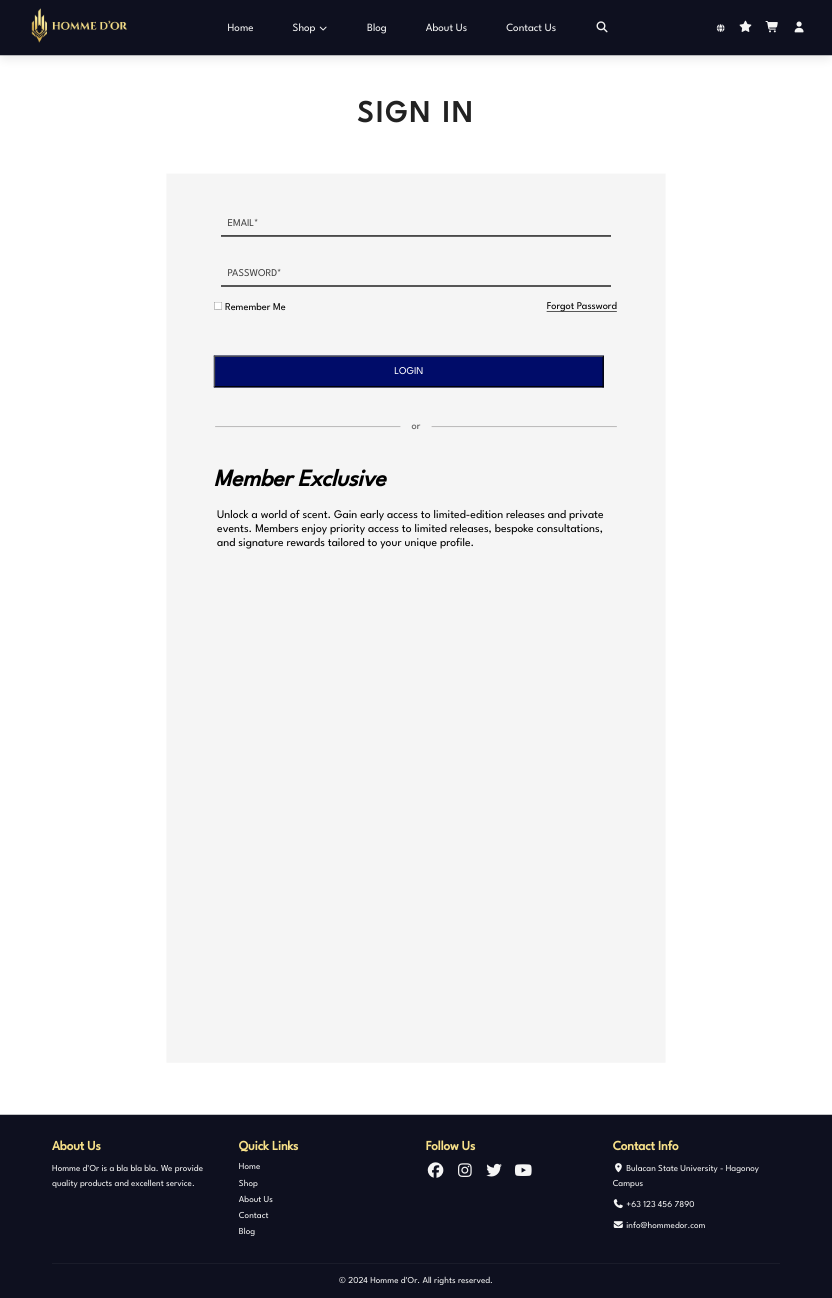
Repository: Izy-Blinken/Homme-d-Or
Page: http://localhost/Homme_dor/pages/login.php?country=ph
These files come from the project's save history. The page is drawn as it stood at one moment and after a run of saves; the edit follows.
The browser window is 1280 px wide. The pictures show the whole page, at 65% of full size.
The page is run by PHP 8.4 with error messages shown; the project is at /var/www/html/.

Above is the page before, as saved 2026-01-24 23:03:34.

### pages/login.php
<!DOCTYPE html>
<html>
    <head>
        <title>Sign Up</title>
        <link rel="stylesheet" href="../assets/icons/fontawesome/css/all.min.css">
        <link rel="stylesheet" href="../assets/css/style.css">
    </head>

    <body>

        <?php include '../components/header.php'; ?>

        <main>
            <div class="signupTitle">
                <h2><b>SIGN IN</b></h2>
            </div>

            <div class="signupContainerlog">

                <div class="inputGrouplog">
                    <input type="email" required>
                    <label>EMAIL*</label>
                </div>

                <div class="inputGrouplogPas">
                    <input type="password" required>
                    <label>PASSWORD*</label>
                </div>

                <div class="inputGroupCheckboxlog">
                    <input type="checkbox" required>
                    <label> Remember Me</label>

                </div>

                <div class="forgotP">
                    <a href="forgotP.php">Forgot Password</a>

                </div>


                <div class="logBtn">
                    <button>LOGIN</button>

                </div>

                <div class="orContainer">
                    <div class="line1"></div>
                    <div class="line2"></div>

                    <p>or</p>

                    <h2><i><b>Member Exclusive</b></i></h2>

                    <div class="logParagraph">
                        <p>Unlock a world of scent. Gain early access to
                        limited-edition releases and private events.
                        Members enjoy priority access to limited releases, bespoke consultations, and
                        signature rewards tailored to your unique profile.</p>
                    </div>

                    <div class="discover">

                    </div>

                </div>

            </div>
        </main>

        <?php include '../components/footer.php'; ?>

    </body>
</html>

### components/header.php
<?php
$currentPage = basename($_SERVER['PHP_SELF']);
?>

<section id="header">
    <a href="index.php">
        <img src="../assets/images/brand_images/prodLogo.png" class="logo" alt="Brand Logo">
    </a>

    <div class="nav-wrapper">
        <ul id="navbar">
            <li><a class="<?php echo ($currentPage == 'index.php') ? 'active' : ''; ?>" href="index.php">Home</a></li>
            <li class="dropdown">
                <a >
                    Shop <i class="fa-solid fa-chevron-down"></i>
                </a>
                <ul class="dropdown-menu">
                    <li><a href="shop.php?category=sale">Sale</a></li>
                    <li><a href="shop.php?category=new-arrival">New Arrival</a></li>
                    <li><a href="shop.php?category=top-picks">Top Picks</a></li>
                    <li><a href="shop.php?category=daily-wear">Daily Wear</a></li>
                    <li><a href="shop.php?category=premium">Premium</a></li>
                </ul>
            </li>
            <li><a class="<?php echo ($currentPage == 'blog.php') ? 'active' : ''; ?>" href="blog.php">Blog</a></li>
            <li><a class="<?php echo ($currentPage == 'AboutUs.php') ? 'active' : ''; ?>" href="AboutUs.php">About Us</a></li>
            <li><a class="<?php echo ($currentPage == 'ContactUs.php') ? 'active' : ''; ?>" href="ContactUs.php">Contact Us</a></li>
            <li><a href="search.php"><i class="fa-solid fa-search"></i></a></li>
        </ul>

        <ul id="navbar-right">
        <li class="dropdown country-dropdown">
            <a href="#">
                <i class="fa-solid fa-globe"></i>
            </a>
            <ul class="dropdown-menu country-menu">
                <li><a href="?country=ph"><span class="flag">🇵🇭</span> Philippines</a></li>
                <li><a href="?country=jp"><span class="flag">🇯🇵</span> Japan</a></li>
                <li><a href="?country=cn"><span class="flag">🇨🇳</span> China</a></li>
                <li><a href="?country=fr"><span class="flag">🇫🇷</span> France</a></li>
            </ul>
        </li>
        <li><a class="<?php echo ($currentPage == 'wishlist.php') ? 'active' : ''; ?>"href="wishlist.php"><i class="fa-solid fa-star"></i></a></li>
            <li><a class="<?php echo ($currentPage == 'cart.php') ? 'active' : ''; ?>" href="cart.php"><i class="fa-solid fa-shopping-cart"></i></a></li>
            <li><a class="<?php echo ($currentPage == 'profile.php') ? 'active' : ''; ?>" href="profile.php"><i class="fa-solid fa-user"></i></a></li>
        </ul>
    </div>
</section>

### components/footer.php
<footer id="footer">
    <div class="footer-content">
        <div class="footer-section">
            <h3>About Us</h3>
            <p>Homme d'Or is a bla bla bla. We provide quality products and excellent service.</p>
        </div>

        <div class="footer-section">
            <h3>Quick Links</h3>
            <ul>
                <li><a href="index.php">Home</a></li>
                <li><a href="shop.php">Shop</a></li>
                <li><a href="AboutUs.php">About Us</a></li>
                <li><a href="ContactUs.php">Contact</a></li>
                <li><a href="blog.php">Blog</a></li>
            </ul>
        </div>

        <div class="footer-section">
            <h3>Follow Us</h3>
            <div class="social-icons">
                <a href="#"><i class="fa-brands fa-facebook"></i></a>
                <a href="#"><i class="fa-brands fa-instagram"></i></a>
                <a href="#"><i class="fa-brands fa-twitter"></i></a>
                <a href="#"><i class="fa-brands fa-youtube"></i></a>
            </div>
        </div>

        <div class="footer-section">
            <h3>Contact Info</h3>
            <p><i class="fa-solid fa-location-dot"></i> Bulacan State University - Hagonoy Campus</p>
            <p><i class="fa-solid fa-phone"></i> +63 123 456 7890</p>
            <p><i class="fa-solid fa-envelope"></i> info@hommedor.com</p>
        </div>
    </div>

    <div class="footer-bottom">
        <p>&copy; 2024 Homme d'Or. All rights reserved.</p>
    </div>
</footer>

Loaded but not shown: assets/icons/fontawesome/css/all.min.css (library); assets/css/style.css (1872 lines, source omitted)

After the next 4 saves:
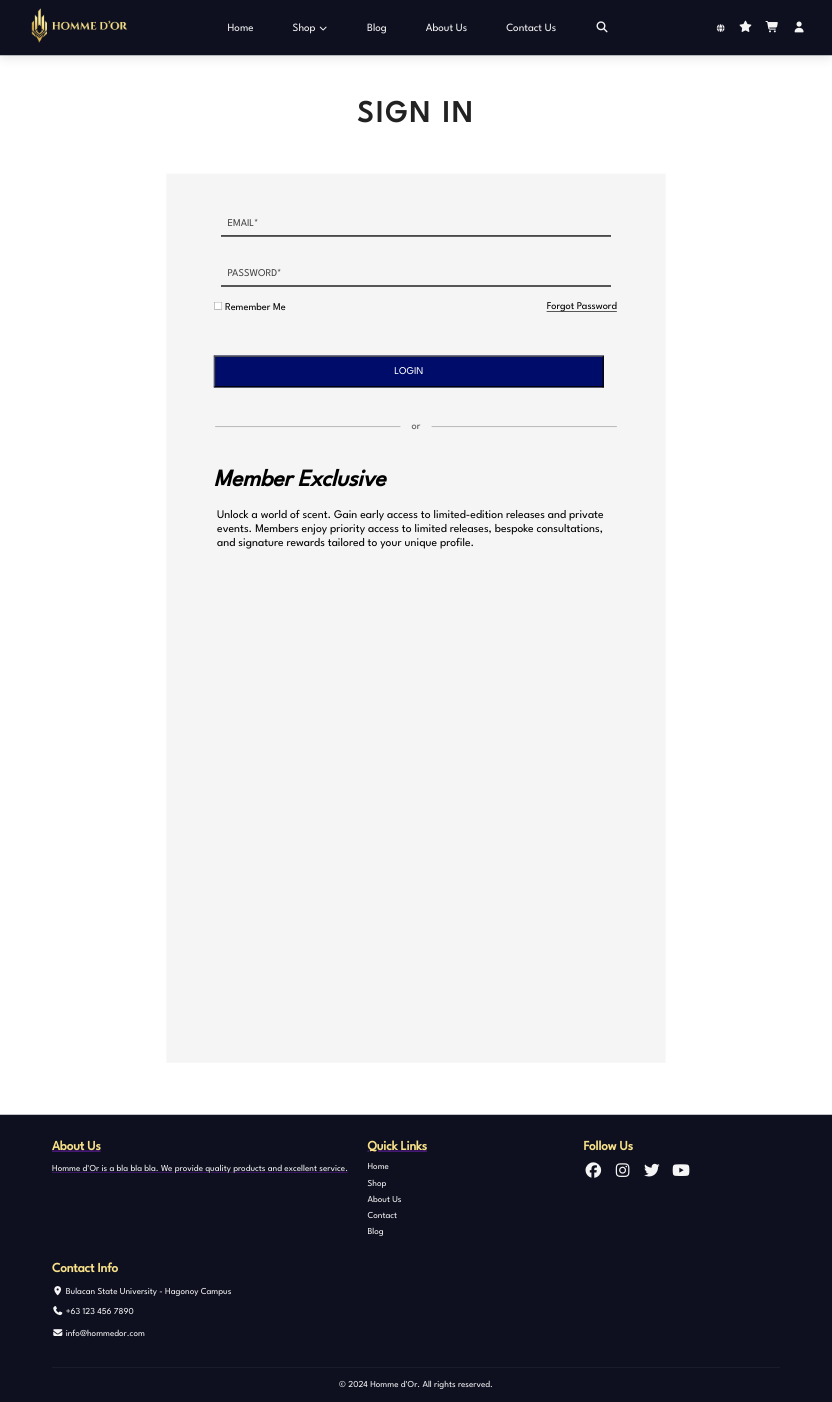
The 4 saves are shown as one change because they came seconds apart.
The last was saved 10 s later.
--- a/pages/login.php
+++ b/pages/login.php
@@ -60,7 +60,7 @@
                     </div>
 
                     <div class="discover">
-
+                        <a href=""
                     </div>
 
                 </div>

After the 3 saves that followed:
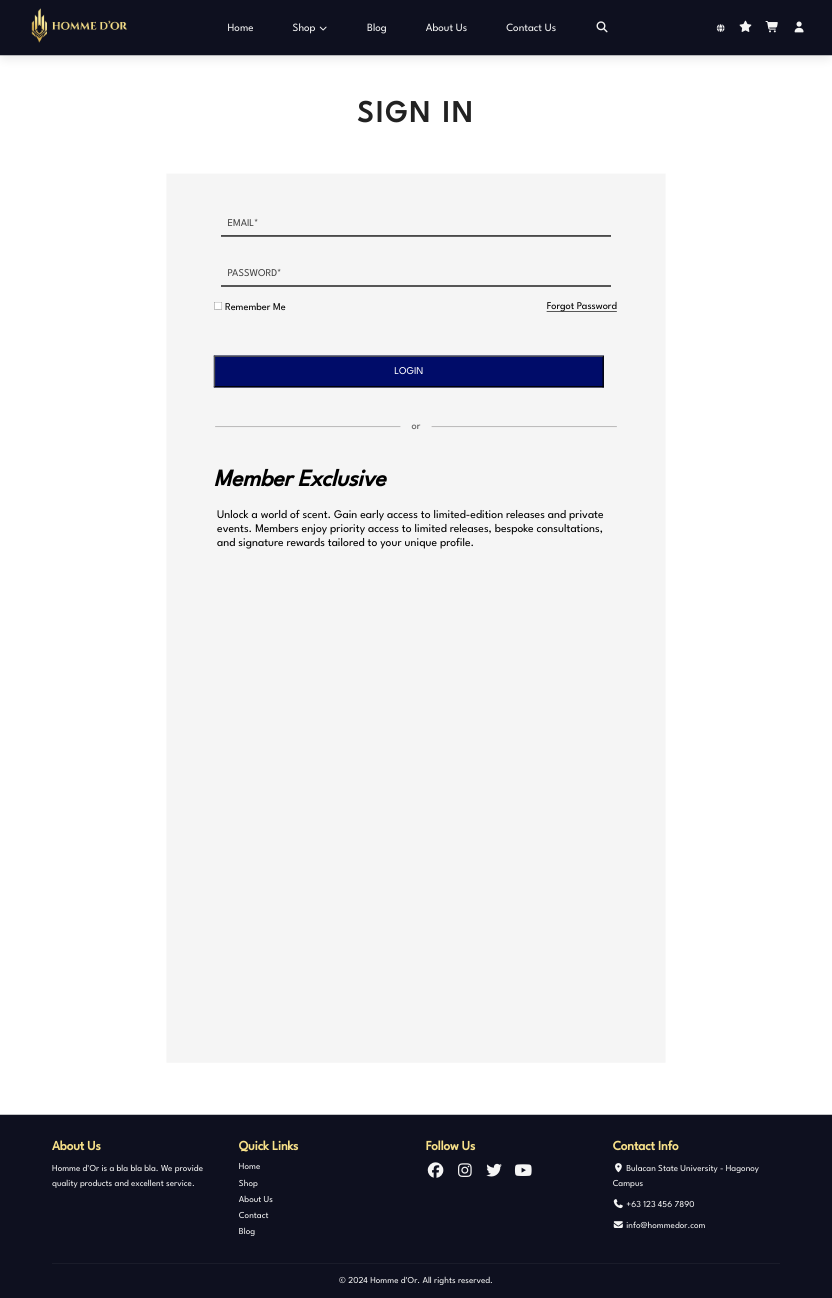
The 3 saves are shown as one change because they came seconds apart.
The last was saved 9 s later.
--- a/pages/login.php
+++ b/pages/login.php
@@ -60,7 +60,7 @@
                     </div>
 
                     <div class="discover">
-                        <a href=""
+                        <a href="index.php"></a>
                     </div>
 
                 </div>
